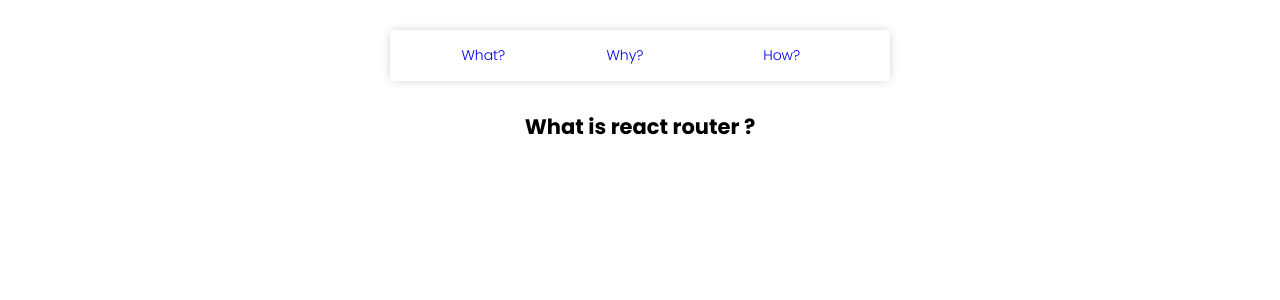
Repository: nguy3nds/2021-18-9-react
Page: /How
The author's editor kept a copy of each file at every save. The page is drawn from the files as they stood at one save, then again after the next save.
The browser window is 1280 px wide. The pictures show the whole page.
The project was rebuilt for these pictures with package versions that can differ from the ones it lists, and the page was loaded fresh each time. Also part of the build but not shown: src/components/How.js, src/components/Why.js.

Above is the page before, as saved 2021-09-18 23:57:27.

After the next save:
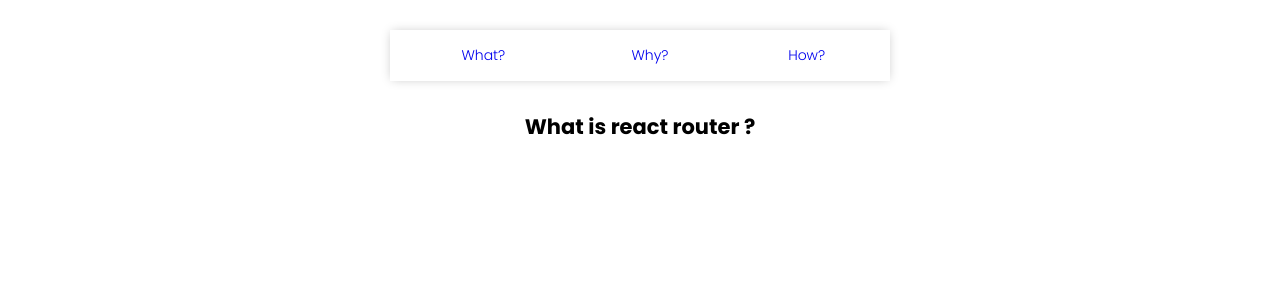
Saved 11 s later.
--- a/src/App.css
+++ b/src/App.css
@@ -74,10 +74,6 @@ button {
 }
 .menu-link:hover {
   color: #202842;
-}
-.menu-item {
-  position: relative;
-  margin: 0 5rem;
 }
 
 .menu-child-link {
